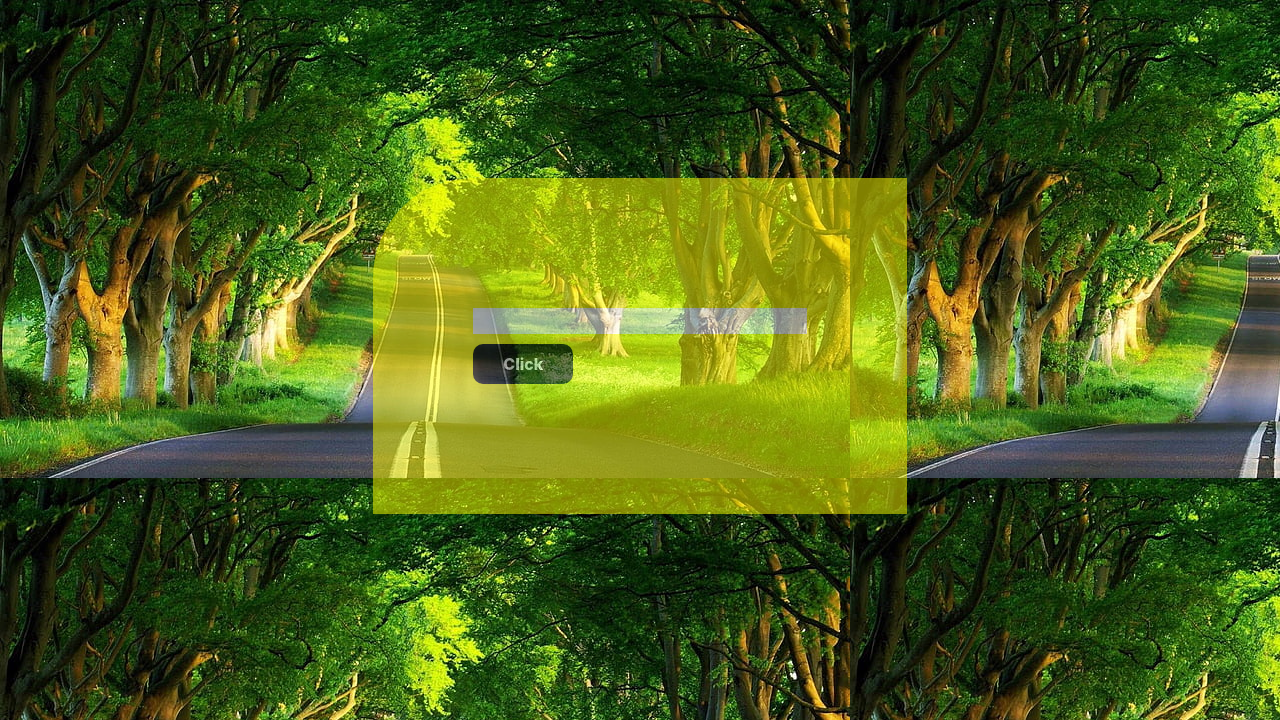
Repository: prashantkumarbind/Hospital-Weather-Concept
Page: http://localhost/weather-app/
These files come from the project's save history. The page is drawn as it stood at one moment and after the next save; the edit follows.
The browser window is 1280 px wide. The pictures show the whole page.
The page is served by Tomcat 9.

Above is the page before, as saved 2024-01-19 07:37:45.

After the next save:
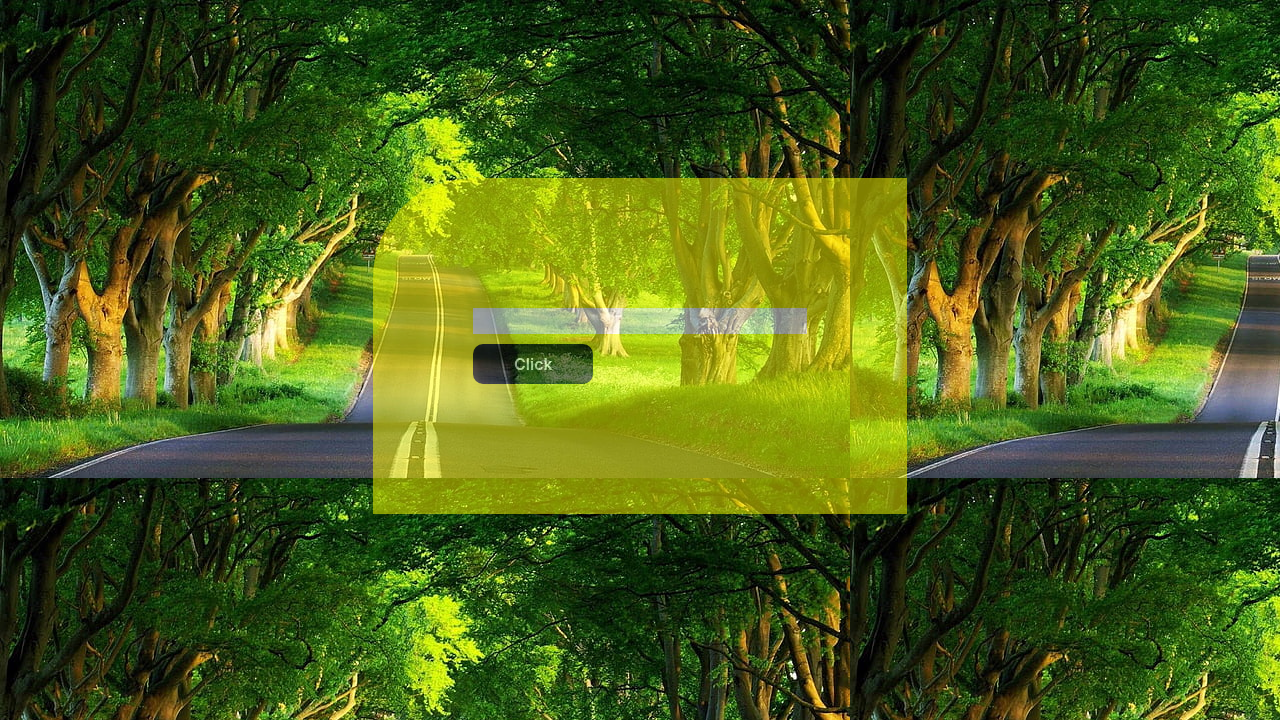
Saved 23 s later.
--- a/weather-app/src/main/webapp/index.jsp
+++ b/weather-app/src/main/webapp/index.jsp
@@ -25,9 +25,9 @@
 		margin-top:10px;
 		text-align: center;
 		justify-content:end;
-		width:100px;
+		width:120px;
 		border-radius:10px;
-		font-weight:800;
+		font-weight:600;
 		border:none;
 		height:40px;
 	}
